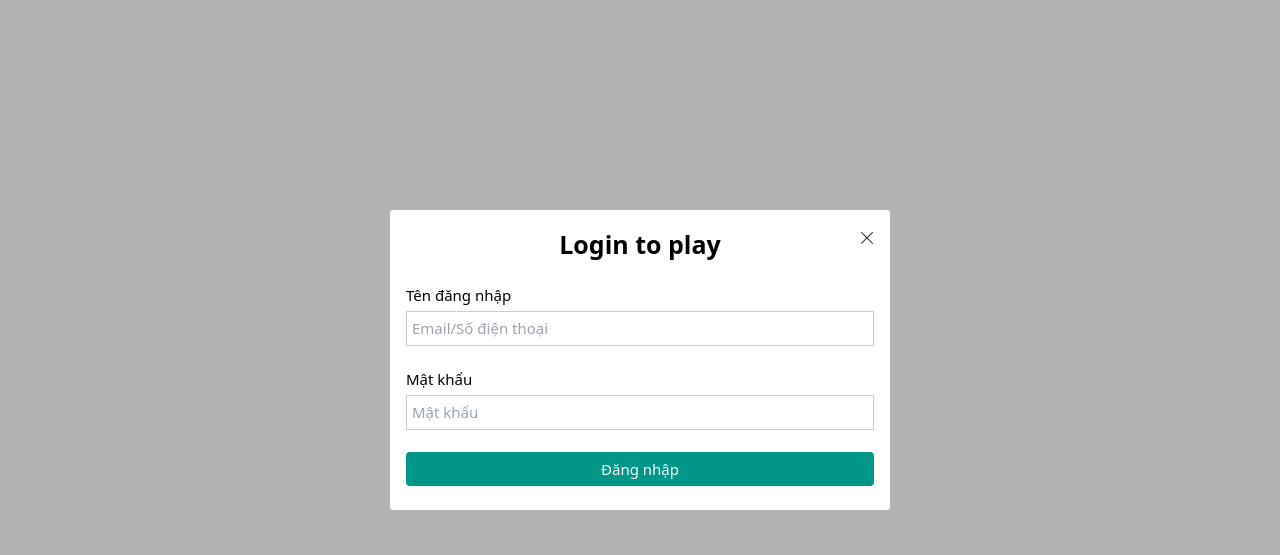
Repository: Teddy1705/demo_pj
Page: /
These files come from the project's save history. The page is drawn as it stood at one moment and after the next save; the edit follows.
The browser window is 1280 px wide. The pictures show the whole page.
The project was rebuilt for these pictures with package versions that can differ from the ones it lists, and the page was loaded fresh each time. Also part of the build but not shown: vite.config.js.

Above is the page before, as saved 2024-04-16 10:27:40.

### index.html
<!DOCTYPE html>
<html lang="en">
  <head>
    <meta charset="UTF-8" />
    <link rel="icon" type="image/svg+xml" href="/vite.svg" />
    <meta name="viewport" content="width=device-width, initial-scale=1.0" />
    <title>Tic Tac Toe</title>
    <link rel="stylesheet" href="./src/index.css" />
    <link
      rel="stylesheet"
      href="./src/assets/themify-icons/themify-icons.css"
    />
  </head>
  <body>
    <div id="root"></div>
    <script type="module" src="/src/main.jsx"></script>
  </body>
</html>

### src/index.css
:root {
  --white-color: #fff;
  --black-color: #000;
}

/*
1. Prevent padding and border from affecting element width. (https://github.com/mozdevs/cssremedy/issues/4)
2. Allow adding a border to an element by just adding a border-width. (https://github.com/tailwindcss/tailwindcss/pull/116)
*/

*,
::before,
::after {
  box-sizing: border-box;
  /* 1 */
  border-width: 0;
  /* 2 */
  border-style: solid;
  /* 2 */
  border-color: #e5e7eb;
  /* 2 */
}

::before,
::after {
  --tw-content: "";
}

/*
1. Use a consistent sensible line-height in all browsers.
2. Prevent adjustments of font size after orientation changes in iOS.
3. Use a more readable tab size.
4. Use the user's configured `sans` font-family by default.
5. Use the user's configured `sans` font-feature-settings by default.
6. Use the user's configured `sans` font-variation-settings by default.
7. Disable tap highlights on iOS
*/

html,
:host {
  line-height: 1.5;
  /* 1 */
  -webkit-text-size-adjust: 100%;
  /* 2 */
  -moz-tab-size: 4;
  /* 3 */
  -o-tab-size: 4;
  tab-size: 4;
  /* 3 */
  font-family: ui-sans-serif, system-ui, sans-serif, "Apple Color Emoji",
    "Segoe UI Emoji", "Segoe UI Symbol", "Noto Color Emoji";
  /* 4 */
  font-feature-settings: normal;
  /* 5 */
  font-variation-settings: normal;
  /* 6 */
  -webkit-tap-highlight-color: transparent;
  /* 7 */
}

/*
1. Remove the margin in all browsers.
2. Inherit line-height from `html` so users can set them as a class directly on the `html` element.
*/

body {
  margin: 0;
  /* 1 */
  line-height: inherit;
  /* 2 */
}

/*
1. Add the correct height in Firefox.
2. Correct the inheritance of border color in Firefox. (https://bugzilla.mozilla.org/show_bug.cgi?id=190655)
3. Ensure horizontal rules are visible by default.
*/

hr {
  height: 0;
  /* 1 */
  color: inherit;
  /* 2 */
  border-top-width: 1px;
  /* 3 */
}

/*
Add the correct text decoration in Chrome, Edge, and Safari.
*/

abbr:where([title]) {
  -webkit-text-decoration: underline dotted;
  text-decoration: underline dotted;
}

/*
Remove the default font size and weight for headings.
*/

h1,
h2,
h3,
h4,
h5,
h6 {
  font-size: inherit;
  font-weight: inherit;
}

/*
Reset links to optimize for opt-in styling instead of opt-out.
*/

a {
  color: inherit;
  text-decoration: inherit;
}

/*
Add the correct font weight in Edge and Safari.
*/

b,
strong {
  font-weight: bolder;
}

/*
1. Use the user's configured `mono` font-family by default.
2. Use the user's configured `mono` font-feature-settings by default.
3. Use the user's configured `mono` font-variation-settings by default.
4. Correct the odd `em` font sizing in all browsers.
*/

code,
kbd,
samp,
pre {
  font-family: ui-monospace, SFMono-Regular, Menlo, Monaco, Consolas,
    "Liberation Mono", "Courier New", monospace;
  /* 1 */
  font-feature-settings: normal;
  /* 2 */
  font-variation-settings: normal;
  /* 3 */
  font-size: 1em;
  /* 4 */
}

/*
Add the correct font size in all browsers.
*/

small {
  font-size: 80%;
}

/*
Prevent `sub` and `sup` elements from affecting the line height in all browsers.
*/

sub,
sup {
  font-size: 75%;
  line-height: 0;
  position: relative;
  vertical-align: baseline;
}

sub {
  bottom: -0.25em;
}

sup {
  top: -0.5em;
}

/*
1. Remove text indentation from table contents in Chrome and Safari. (https://bugs.chromium.org/p/chromium/issues/detail?id=999088, https://bugs.webkit.org/show_bug.cgi?id=201297)
2. Correct table border color inheritance in all Chrome and Safari. (https://bugs.chromium.org/p/chromium/issues/detail?id=935729, https://bugs.webkit.org/show_bug.cgi?id=195016)
3. Remove gaps between table borders by default.
*/

table {
  text-indent: 0;
  /* 1 */
  border-color: inherit;
  /* 2 */
  border-collapse: collapse;
  /* 3 */
}

/*
1. Change the font styles in all browsers.
2. Remove the margin in Firefox and Safari.
3. Remove default padding in all browsers.
*/

button,
input,
optgroup,
select,
textarea {
  font-family: inherit;
  /* 1 */
  font-feature-settings: inherit;
  /* 1 */
  font-variation-settings: inherit;
  /* 1 */
  font-size: 100%;
  /* 1 */
  font-weight: inherit;
  /* 1 */
  line-height: inherit;
  /* 1 */
  letter-spacing: inherit;
  /* 1 */
  color: inherit;
  /* 1 */
  margin: 0;
  /* 2 */
  padding: 0;
  /* 3 */
}

/*
Remove the inheritance of text transform in Edge and Firefox.
*/

button,
select {
  text-transform: none;
}

/*
1. Correct the inability to style clickable types in iOS and Safari.
2. Remove default button styles.
*/

button,
input:where([type="button"]),
input:where([type="reset"]),
input:where([type="submit"]) {
  -webkit-appearance: button;
  /* 1 */
  background-color: transparent;
  /* 2 */
  background-image: none;
  /* 2 */
}

/*
Use the modern Firefox focus style for all focusable elements.
*/

:-moz-focusring {
  outline: auto;
}

/*
Remove the additional `:invalid` styles in Firefox. (https://github.com/mozilla/gecko-dev/blob/2f9eacd9d3d995c937b4251a5557d95d494c9be1/layout/style/res/forms.css#L728-L737)
*/

:-moz-ui-invalid {
  box-shadow: none;
}

/*
Add the correct vertical alignment in Chrome and Firefox.
*/

progress {
  vertical-align: baseline;
}

/*
Correct the cursor style of increment and decrement buttons in Safari.
*/

::-webkit-inner-spin-button,
::-webkit-outer-spin-button {
  height: auto;
}

/*
1. Correct the odd appearance in Chrome and Safari.
2. Correct the outline style in Safari.
*/

[type="search"] {
  -webkit-appearance: textfield;
  /* 1 */
  outline-offset: -2px;
  /* 2 */
}

/*
Remove the inner padding in Chrome and Safari on macOS.
*/

::-webkit-search-decoration {
  -webkit-appearance: none;
}

/*
1. Correct the inability to style clickable types in iOS and Safari.
2. Change font properties to `inherit` in Safari.
*/

::-webkit-file-upload-button {
  -webkit-appearance: button;
  /* 1 */
  font: inherit;
  /* 2 */
}

/*
Add the correct display in Chrome and Safari.
*/

summary {
  display: list-item;
}

/*
Removes the default spacing and border for appropriate elements.
*/

blockquote,
dl,
dd,
h1,
h2,
h3,
h4,
h5,
h6,
hr,
figure,
p,
pre {
  margin: 0;
}

fieldset {
  margin: 0;
  padding: 0;
}

legend {
  padding: 0;
}

ol,
ul,
menu {
  list-style: none;
  margin: 0;
  padding: 0;
}

/*
Reset default styling for dialogs.
*/

dialog {
  padding: 0;
}

/*
Prevent resizing textareas horizontally by default.
*/

textarea {
  resize: vertical;
}

/*
1. Reset the default placeholder opacity in Firefox. (https://github.com/tailwindlabs/tailwindcss/issues/3300)
2. Set the default placeholder color to the user's configured gray 400 color.
*/

input::-moz-placeholder,
textarea::-moz-placeholder {
  opacity: 1;
  /* 1 */
  color: #9ca3af;
  /* 2 */
}

input::placeholder,
textarea::placeholder {
  opacity: 1;
  /* 1 */
  color: #9ca3af;
  /* 2 */
}

/*
Set the default cursor for buttons.
*/

button,
[role="button"] {
  cursor: pointer;
}

/*
Make sure disabled buttons don't get the pointer cursor.
*/

:disabled {
  cursor: default;
}

/*
1. Make replaced elements `display: block` by default. (https://github.com/mozdevs/cssremedy/issues/14)
2. Add `vertical-align: middle` to align replaced elements more sensibly by default. (https://github.com/jensimmons/cssremedy/issues/14#issuecomment-634934210)
   This can trigger a poorly considered lint error in some tools but is included by design.
*/

img,
svg,
video,
canvas,
audio,
iframe,
embed,
object {
  display: block;
  /* 1 */
  vertical-align: middle;
  /* 2 */
}

/*
Constrain images and videos to the parent width and preserve their intrinsic aspect ratio. (https://github.com/mozdevs/cssremedy/issues/14)
*/

img,
video {
  max-width: 100%;
  height: auto;
}

/* Make elements with the HTML hidden attribute stay hidden by default */

[hidden] {
  display: none;
}

*,
::before,
::after {
  --tw-border-spacing-x: 0;
  --tw-border-spacing-y: 0;
  --tw-translate-x: 0;
  --tw-translate-y: 0;
  --tw-rotate: 0;
  --tw-skew-x: 0;
  --tw-skew-y: 0;
  --tw-scale-x: 1;
  --tw-scale-y: 1;
  --tw-pan-x: ;
  --tw-pan-y: ;
  --tw-pinch-zoom: ;
  --tw-scroll-snap-strictness: proximity;
  --tw-gradient-from-position: ;
  --tw-gradient-via-position: ;
  --tw-gradient-to-position: ;
  --tw-ordinal: ;
  --tw-slashed-zero: ;
  --tw-numeric-figure: ;
  --tw-numeric-spacing: ;
  --tw-numeric-fraction: ;
  --tw-ring-inset: ;
  --tw-ring-offset-width: 0px;
  --tw-ring-offset-color: #fff;
  --tw-ring-color: rgb(59 130 246 / 0.5);
  --tw-ring-offset-shadow: 0 0 #0000;
  --tw-ring-shadow: 0 0 #0000;
  --tw-shadow: 0 0 #0000;
  --tw-shadow-colored: 0 0 #0000;
  --tw-blur: ;
  --tw-brightness: ;
  --tw-contrast: ;
  --tw-grayscale: ;
  --tw-hue-rotate: ;
  --tw-invert: ;
  --tw-saturate: ;
  --tw-sepia: ;
  --tw-drop-shadow: ;
  --tw-backdrop-blur: ;
  --tw-backdrop-brightness: ;
  --tw-backdrop-contrast: ;
  --tw-backdrop-grayscale: ;
  --tw-backdrop-hue-rotate: ;
  --tw-backdrop-invert: ;
  --tw-backdrop-opacity: ;
  --tw-backdrop-saturate: ;
  --tw-backdrop-sepia: ;
  --tw-contain-size: ;
  --tw-contain-layout: ;
  --tw-contain-paint: ;
  --tw-contain-style: ;
}

::backdrop {
  --tw-border-spacing-x: 0;
  --tw-border-spacing-y: 0;
  --tw-translate-x: 0;
  --tw-translate-y: 0;
  --tw-rotate: 0;
  --tw-skew-x: 0;
  --tw-skew-y: 0;
  --tw-scale-x: 1;
  --tw-scale-y: 1;
  --tw-pan-x: ;
  --tw-pan-y: ;
  --tw-pinch-zoom: ;
  --tw-scroll-snap-strictness: proximity;
  --tw-gradient-from-position: ;
  --tw-gradient-via-position: ;
  --tw-gradient-to-position: ;
  --tw-ordinal: ;
  --tw-slashed-zero: ;
  --tw-numeric-figure: ;
  --tw-numeric-spacing: ;
  --tw-numeric-fraction: ;
  --tw-ring-inset: ;
  --tw-ring-offset-width: 0px;
  --tw-ring-offset-color: #fff;
  --tw-ring-color: rgb(59 130 246 / 0.5);
  --tw-ring-offset-shadow: 0 0 #0000;
  --tw-ring-shadow: 0 0 #0000;
  --tw-shadow: 0 0 #0000;
  --tw-shadow-colored: 0 0 #0000;
  --tw-blur: ;
  --tw-brightness: ;
  --tw-contrast: ;
  --tw-grayscale: ;
  --tw-hue-rotate: ;
  --tw-invert: ;
  --tw-saturate: ;
  --tw-sepia: ;
  --tw-drop-shadow: ;
  --tw-backdrop-blur: ;
  --tw-backdrop-brightness: ;
  --tw-backdrop-contrast: ;
  --tw-backdrop-grayscale: ;
  --tw-backdrop-hue-rotate: ;
  --tw-backdrop-invert: ;
  --tw-backdrop-opacity: ;
  --tw-backdrop-saturate: ;
  --tw-backdrop-sepia: ;
  --tw-contain-size: ;
  --tw-contain-layout: ;
  --tw-contain-paint: ;
  --tw-contain-style: ;
}

#modal {
  position: fixed;
  top: 0;
  right: 0;
  bottom: 0;
  left: 0;
  display: flex;
  align-items: center;
  justify-content: center;
}

#modal .modal__overlay {
  position: absolute;
  width: 100%;
  height: 100%;
  background-color: rgba(0, 0, 0, 0.3);
}

#modal .modal__body {
  position: relative;
  background-color: var(--white-color);
  margin: auto;
  width: 500px;
  min-height: 300px;
  padding: 16px;
  border-radius: 3px;
}

.auth-form {
}

.auth-form__heading {
  font-size: 25px;
  font-weight: 700;
  text-align: center;
  margin-bottom: 20px;
}

.auth-form__close {
  position: absolute;
  top: 0;
  right: 0;
  font-size: 14px;
  padding: 18px 16px;
}

.auth-form__close:hover {
  background-color: #ccc;
  cursor: pointer;
}

.auth-form__info {
}

.auth-form__info-details {
}

.auth-form__label {
  display: block;
  font-size: 15px;
  font-weight: 500;
}

.auth-form__info-input {
  border: 1px solid #ccc;
  width: 100%;
  font-size: 15px;
  padding: 5px;
  margin: 5px 0 22px;
}

.auth-form__btn {
  width: 100%;
  background-color: #009688;
  color: #fff;
  font-size: 15px;
  padding: 6px;
  border-radius: 4px;
}

### src/main.jsx
import React from "react";
import ReactDOM from "react-dom/client";
import App from "./App.jsx";
import { createBrowserRouter, RouterProvider } from "react-router-dom";
import Root from "./routes/root";
import "./index.css";

const router = createBrowserRouter([
  {
    path: "/",
    element: <Root />,
  },
]);

ReactDOM.createRoot(document.getElementById("root")).render(
  <React.StrictMode>
    <RouterProvider router={router} />
    <App />
  </React.StrictMode>
);

### src/routes/root.jsx
export default function Root() {
  return (
    <>
      <div id="modal">
        <div className="modal__overlay"></div>
        <div className="modal__body">
          <div className="auth-form">
            <h1 className="auth-form__heading">Login to play</h1>
            <div className="auth-form__close">
              <i className="ti-close"></i>
            </div>
            <div className="auth-form__info">
              <div className="auth-form__info-details">
                <label htmlFor="" className="auth-form__label">
                  Tên đăng nhập
                </label>
                <input
                  type="text"
                  className="auth-form__info-input"
                  placeholder="Email/Số điện thoại"
                />
              </div>
              <div className="auth-form__info-details">
                <label htmlFor="" className="auth-form__label">
                  Mật khẩu
                </label>
                <input
                  type="password"
                  className="auth-form__info-input"
                  placeholder="Mật khẩu"
                />
              </div>
            </div>
            <button className="auth-form__btn">
              <a
                href={`https://codesandbox.io/s/q2z497?file=%2Fsrc%2FApp.js&utm_medium=sandpack`}
                className=""
              >
                Đăng nhập
              </a>
            </button>
          </div>
        </div>
      </div>
      <div id="detail"></div>
    </>
  );
}

Loaded but not shown: src/assets/themify-icons/themify-icons.css (common file); src/App.jsx (common file)

After the next save:
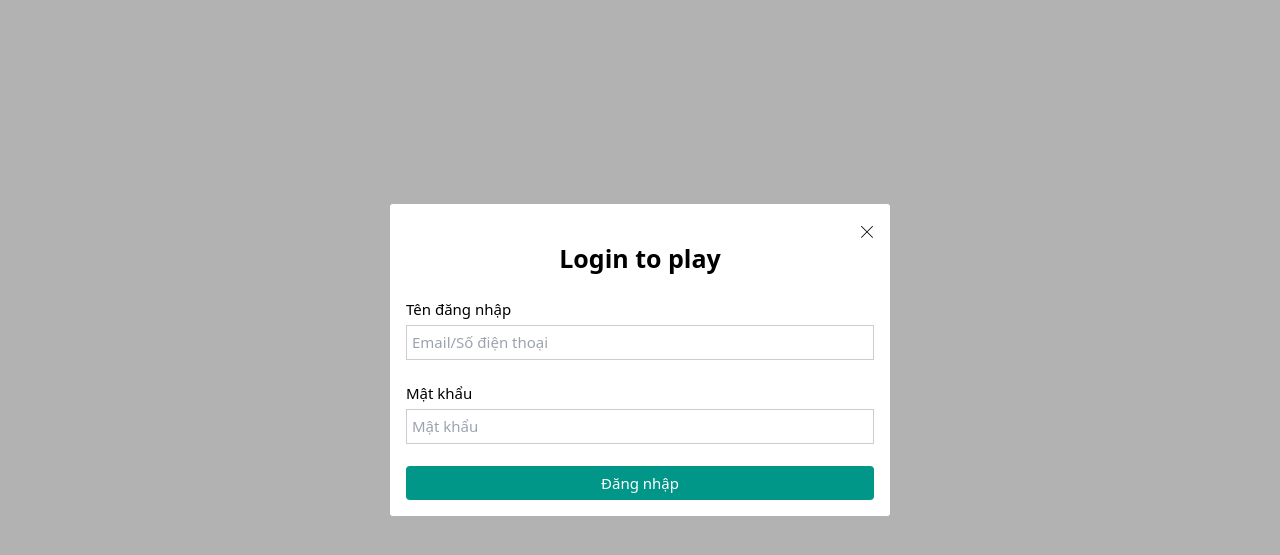
Saved 32 s later.
--- a/src/index.css
+++ b/src/index.css
@@ -595,7 +595,7 @@ video {
   font-size: 25px;
   font-weight: 700;
   text-align: center;
-  margin-bottom: 20px;
+  margin: 20px 0;
 }
 
 .auth-form__close {
